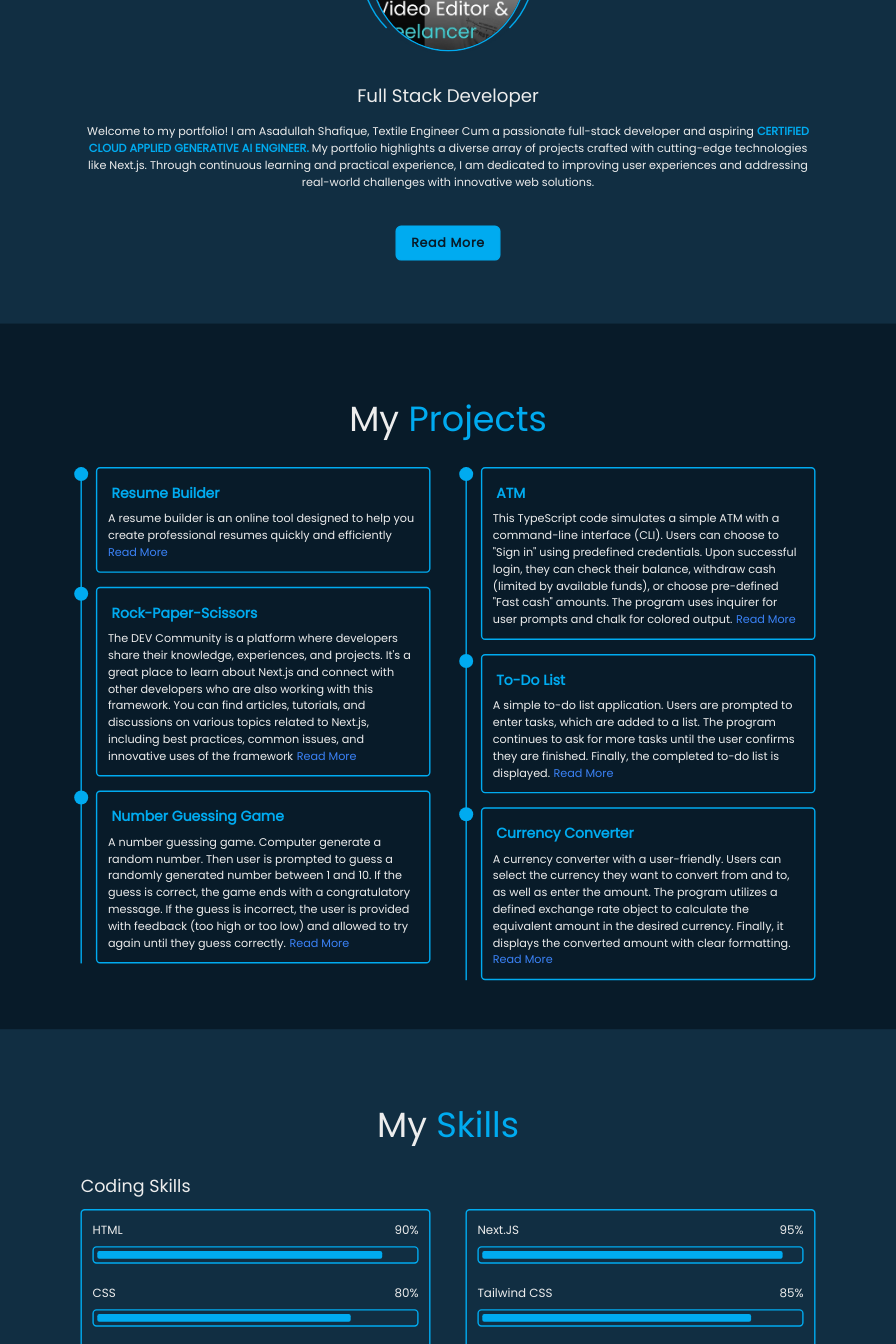
Repository: asadullah48/nextjs_projects_portfolio
Page: /
These files come from the project's save history. The page is drawn as it stood at one moment and after a run of saves; the edit follows.
The browser window is 1280 px wide. The pictures show the part of the page from y = 1195 to 3115 px (the page is 4258 px tall), at 70% of full size.
The project was rebuilt for these pictures with package versions that can differ from the ones it lists, and the page was loaded fresh each time. The framework's server and built-in components were replaced by stand-ins that run in the browser. Also part of the build but not shown: next.config.ts.

Above is the page before, as saved 2024-11-13 14:03:00.

After the next 2 saves:
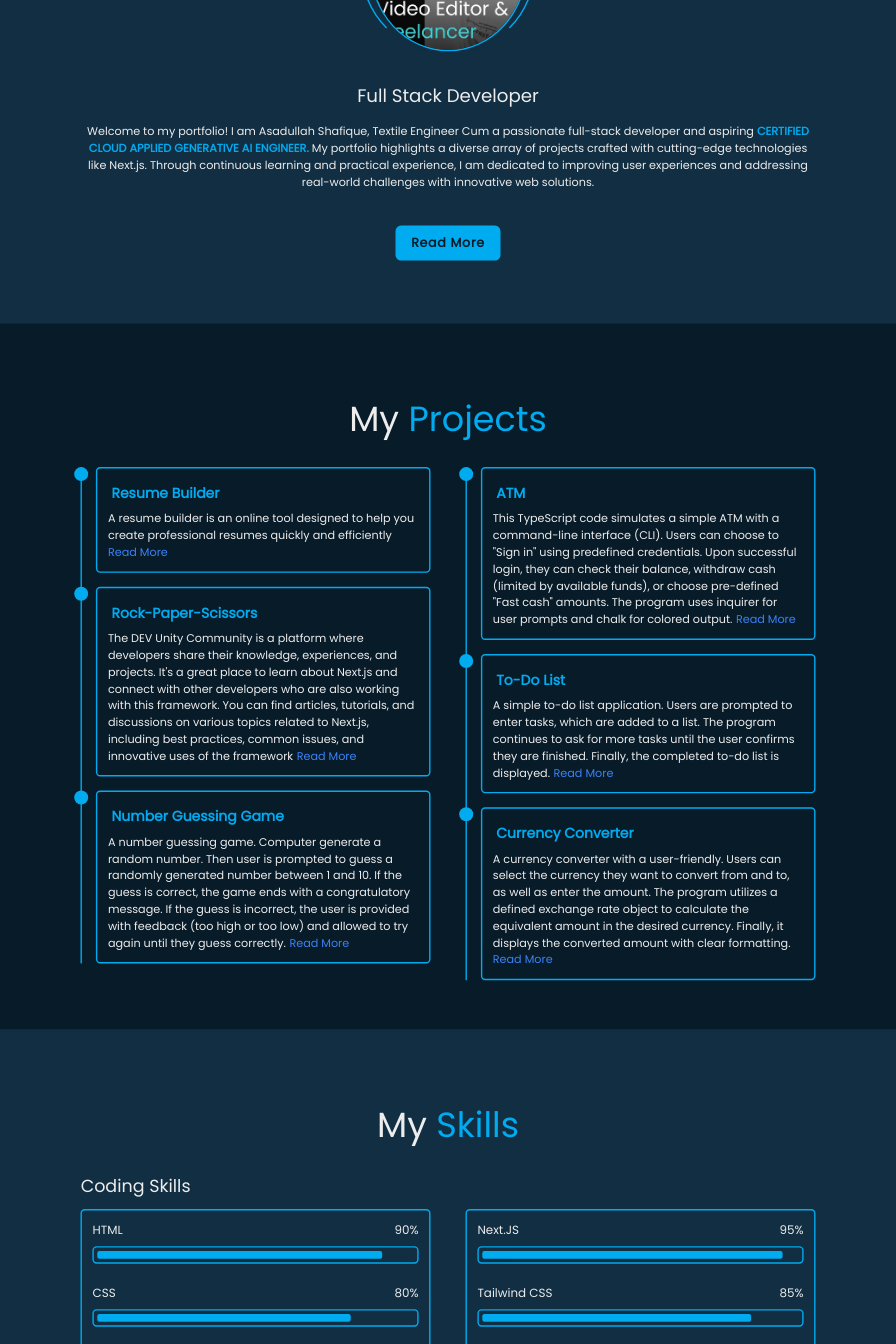
The 2 saves are shown as one change because they came seconds apart.
The last was saved 14 s later.
--- a/src/app/page.tsx
+++ b/src/app/page.tsx
@@ -259,7 +259,7 @@ active:text-[var(--main-color)]"
                     <h3>Rock-Paper-Scissors</h3>
                   </div>
                   <p>
-                  The DEV Community is a platform where developers share their knowledge, experiences, and projects.
+                  The DEV Unity Community is a platform where developers share their knowledge, experiences, and projects.
                   It's a great place to learn about Next.js and connect with other developers
                   who are also working with this framework. You can find articles, tutorials, and discussions on various topics related to Next.js,
                   including best practices, common issues, and innovative uses of the framework
